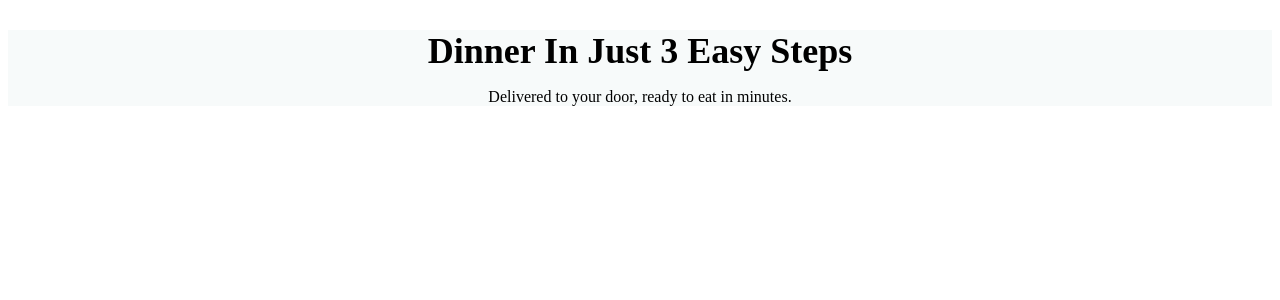
Repository: ST-United-Internship/leadpage
Page: card-UI.html
The author's editor kept a copy of each file at every save. The page is drawn from the files as they stood at one save, then again after a run of saves.
The browser window is 1280 px wide. The pictures show the whole page.

Above is the page before, as saved 2023-03-15 14:49:59.

After the next 3 saves:
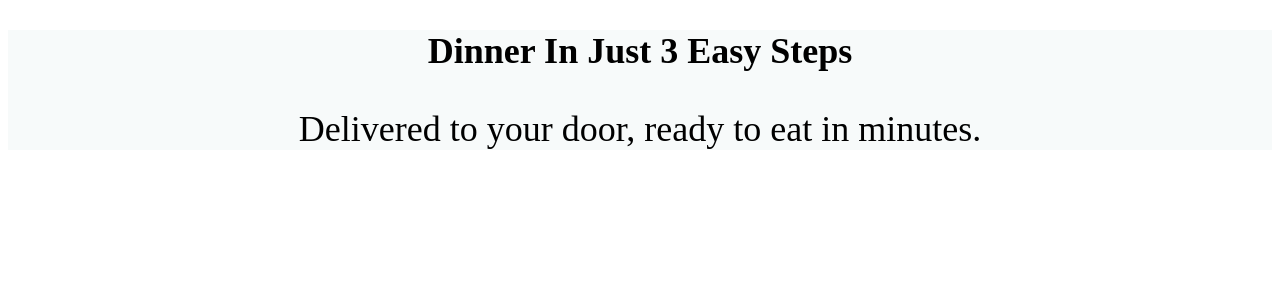
The 3 saves are shown as one change because they came seconds apart.
The last was saved 35 s later.
--- a/css/card-UI.css
+++ b/css/card-UI.css
@@ -21,3 +21,8 @@ section{
     font-size: 36px;
     margin-bottom: 10px;
 }
+
+.about .columm .title-text p{
+    font-size: 36px;
+    margin-bottom: 10px;
+}
